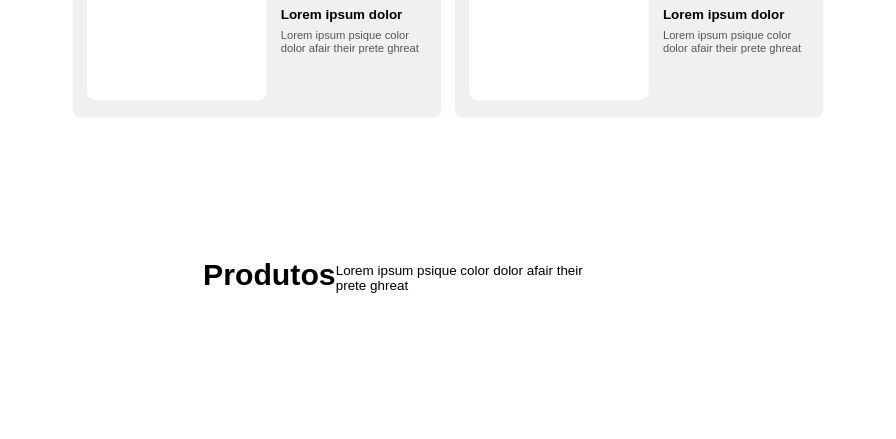
Repository: Matheus904-12/Reforma
Page: index.html
An editor plug-in stored every save of this project. The page is shown before and after the next save, followed by the edit.
The browser window is 1280 px wide. The pictures show the part of the page from y = 1334 to 3254 px (the page is 1961 px tall before and 3254 px after), at 70% of full size.

Above is the page before, as saved 2024-08-01 20:06:35.

After the next save:
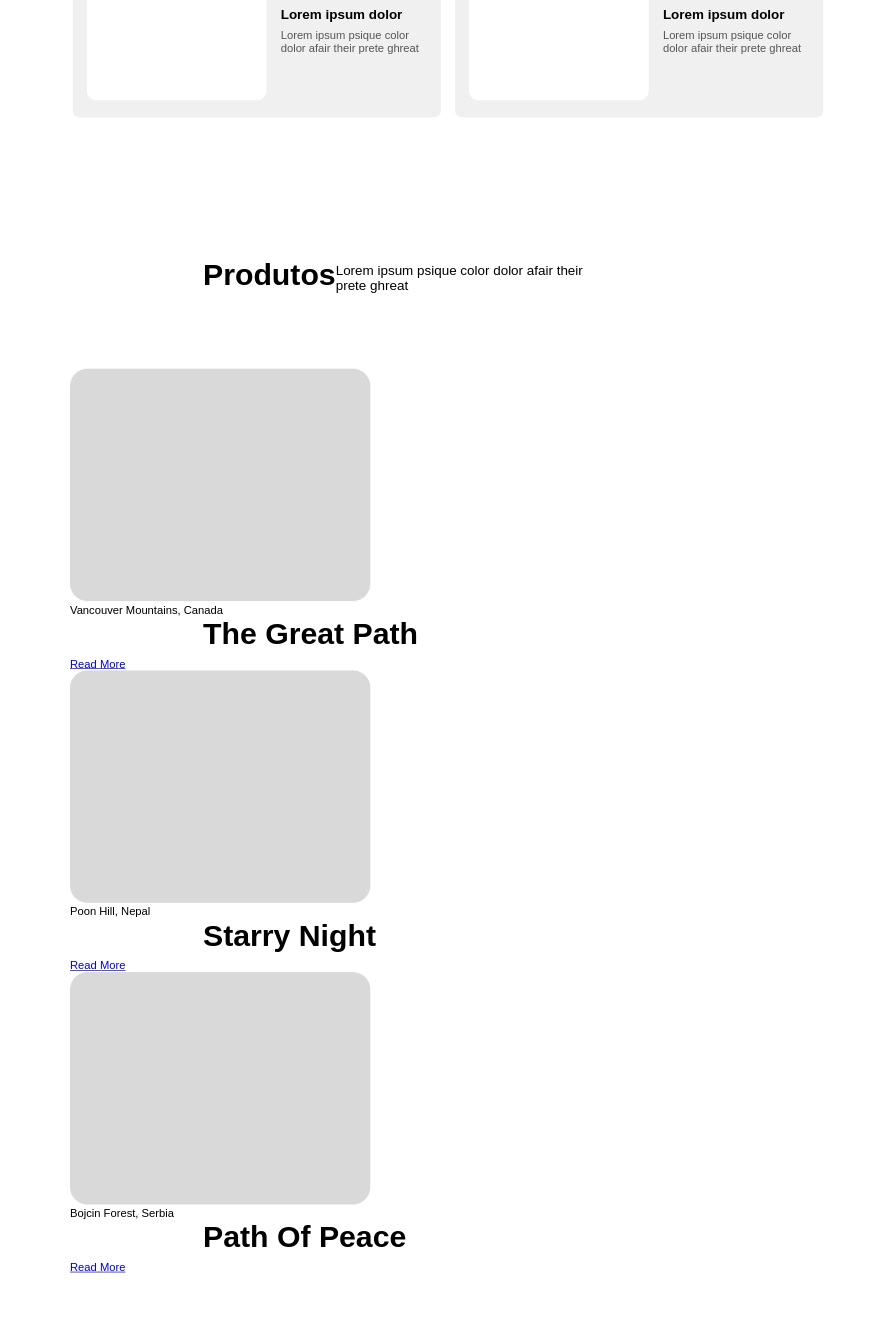
Saved 95 s later.
--- a/index.html
+++ b/index.html
@@ -65,7 +65,39 @@
             <h2>Produtos</h2>
             <p class="description2">Lorem ipsum psique color dolor afair their prete ghreat</p>
         </div>
+        <div class="container">
+            <div class="card__container">
+               <article class="card__article">
+                  <img src="../imagens/Rectangle 11.png" alt="image" class="card__img">
 
+                  <div class="card__data">
+                     <span class="card__description">Vancouver Mountains, Canada</span>
+                     <h2 class="card__title">The Great Path</h2>
+                     <a href="#" class="card__button">Read More</a>
+                  </div>
+               </article>
+
+               <article class="card__article">
+                  <img src="../imagens/Rectangle 11.png" alt="image" class="card__img">
+
+                  <div class="card__data">
+                     <span class="card__description">Poon Hill, Nepal</span>
+                     <h2 class="card__title">Starry Night</h2>
+                     <a href="#" class="card__button">Read More</a>
+                  </div>
+               </article>
+
+               <article class="card__article">
+                  <img src="../imagens/Rectangle 11.png" alt="image" class="card__img">
+
+                  <div class="card__data">
+                     <span class="card__description">Bojcin Forest, Serbia</span>
+                     <h2 class="card__title">Path Of Peace</h2>
+                     <a href="#" class="card__button">Read More</a>
+                  </div>
+               </article>
+            </div>
+         </div>
     </section>
 </body>
 </html>
